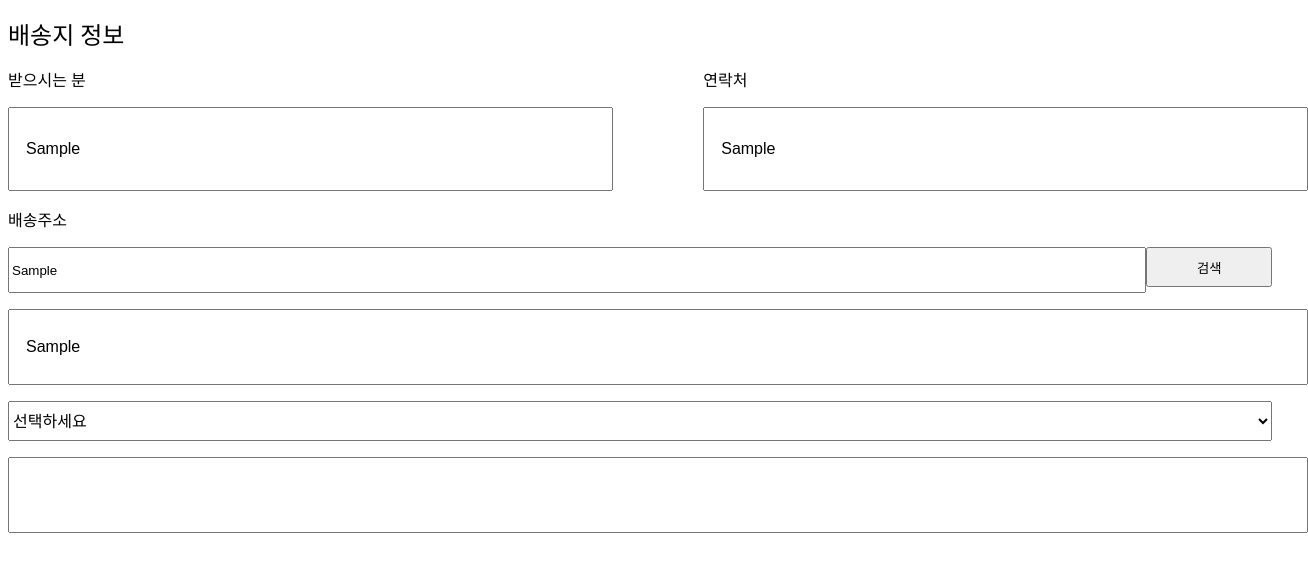
Repository: seungsu12/carrot
Page: http://localhost/carrot/orderform_second.jsp
These files come from the project's save history. The page is drawn as it stood at one moment and after the next save; the edit follows.
The browser window is 1280 px wide. The page is 1308 px wide, so the pictures cover 1308 px, including what lies to the right of the window. The pictures show the whole page.
Empty fields were first filled with sample values (such as "Sample", 5 or name@example.com).
After loading, the first visible `#direct_input_button` was clicked once.
The page is served by Tomcat 9.

Above is the page before, as saved 2021-10-03 05:02:44.

After the next save:
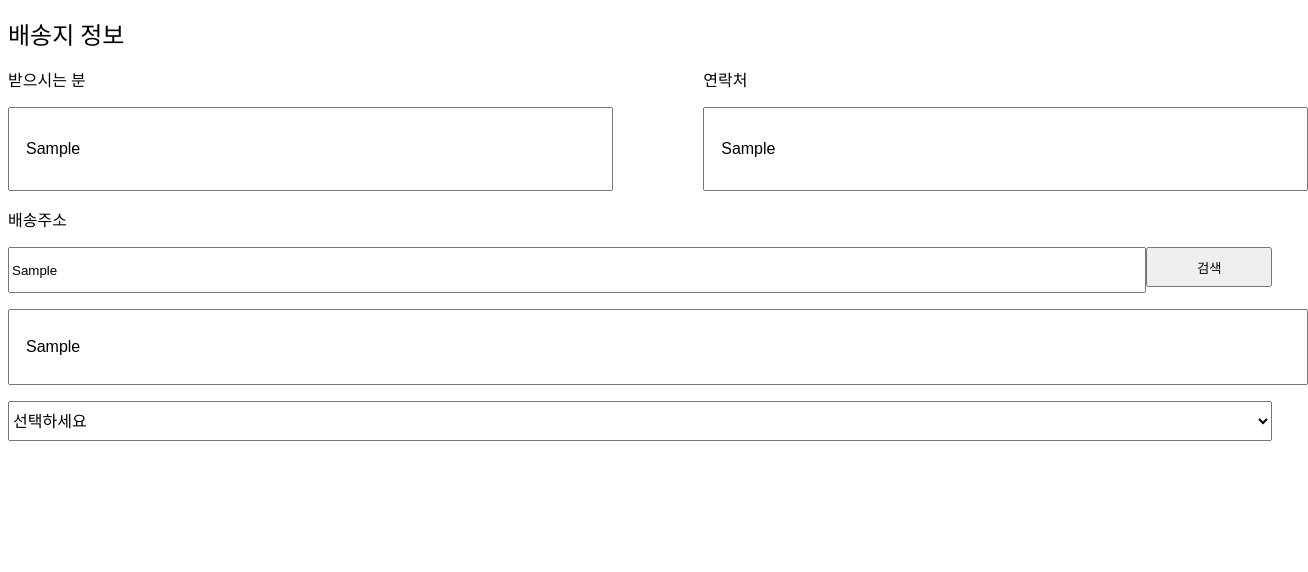
Saved 3 min 21 s later.
--- a/carrot/WebContent/orderform_second.jsp
+++ b/carrot/WebContent/orderform_second.jsp
@@ -117,16 +117,17 @@
 	<script>
 	const direct_input_button = document.getElementById('direct_input_button');
 	const hide_input = document.getElementById('hide_input');
-	direct_input_button.addEventListener('click',() =>{
+	/* direct_input_button.addEventListener('click',() =>{
 		console.log('이벤트발생');
 		hide_input.style.display ='block';
 
-	});
+	}); */
 
 	function direct_input_event(){
 		let id = direct_input_button.options[direct_input_button.selectedIndex].value;
 		console.log(id);
 		if(id == 'direct'){
+			console.log('')
 			hide_input.style.display = 'block';
 		}
 		else{
